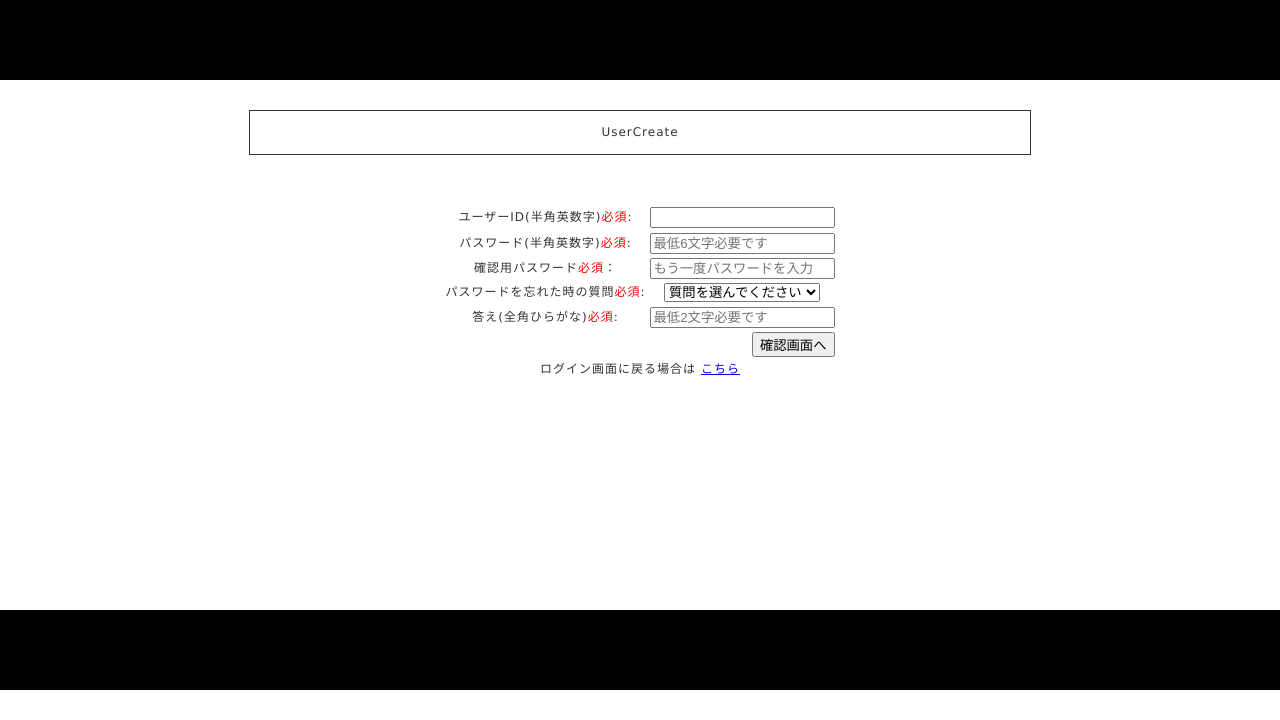
Repository: y321sudo/test2
Page: http://localhost/Yukazon/UserCreateAction.action
These files come from the project's save history. The page is drawn as it stood at one moment and after the next save; the edit follows.
The browser window is 1280 px wide. The pictures show the whole page.
The page is served by Tomcat 9.

Above is the page before, as saved 2018-02-21 08:31:20.

After the next save:
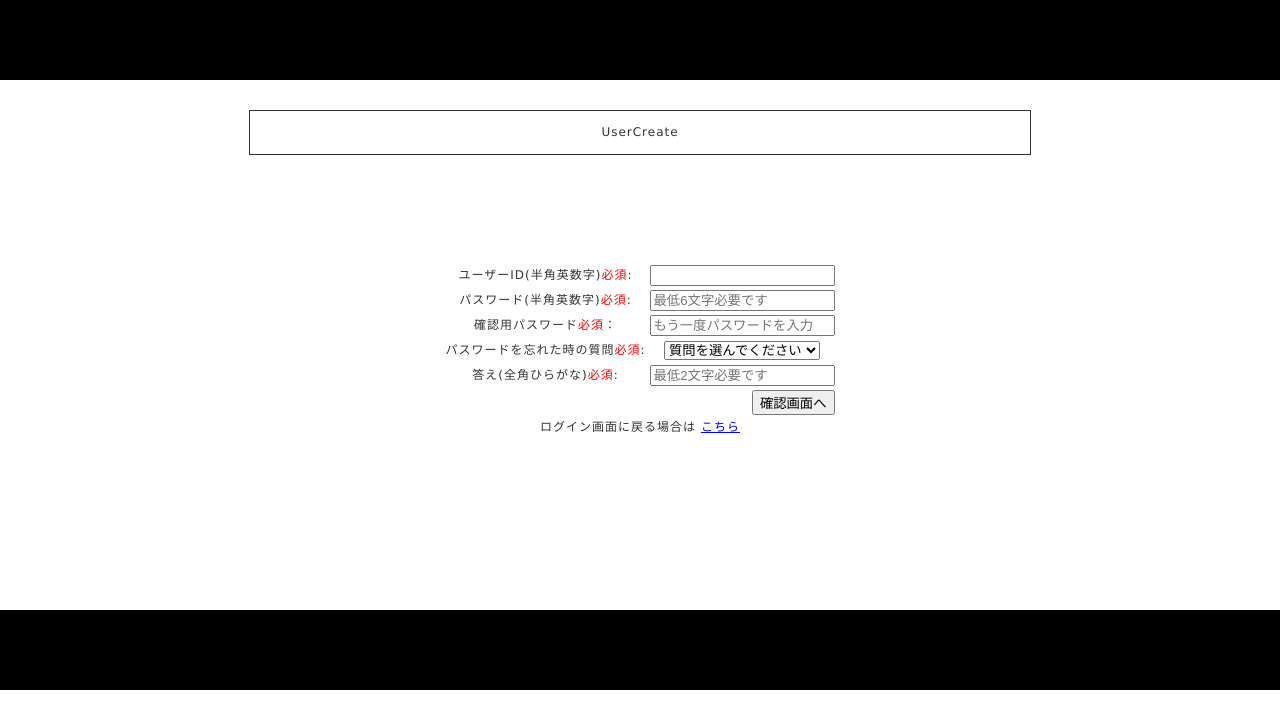
Saved 46 s later.
--- a/Yukazon/WebContent/userCreate.jsp
+++ b/Yukazon/WebContent/userCreate.jsp
@@ -68,7 +68,7 @@
 		<div>
 	<!-- UserCreateConfirmActionのErrorMassageが表示される -->
 			<s:if test="errorMassage != ''">
-				<font color="red"><s:property value="errorMassage" escape="false" /></font>
+				<font color="red" size="15px"><s:property value="errorMassage" escape="false" /></font>
 			</s:if>
 			<br>
 			<table>
